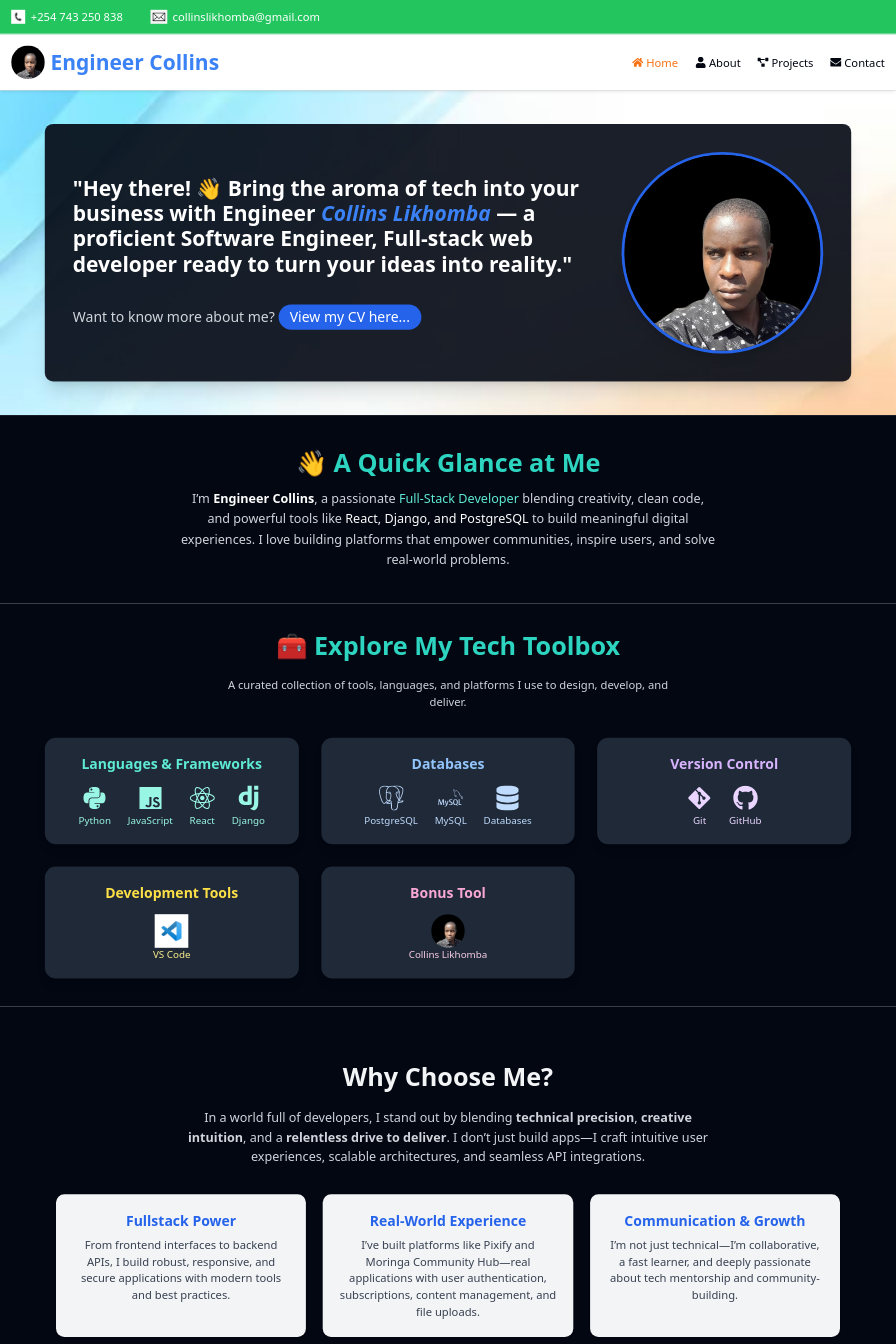
Repository: Engineer-collo/Portfolio
Page: /
The author's editor kept a copy of each file at every save. The page is drawn from the files as they stood at one save, then again after the next save.
The browser window is 1280 px wide. The pictures show the part of the page from y = 0 to 1920 px (the page is 2586 px tall), at 70% of full size.
The project was rebuilt for these pictures with package versions that can differ from the ones it lists, and the page was loaded fresh each time. Also part of the build but not shown: vite.config.js, src/pages/About.jsx, src/pages/Projects.jsx, src/pages/Contact.jsx, src/pages/Blog.jsx, src/pages/Skills.jsx.

Above is the page before, as saved 2025-06-10 20:00:57.

### index.html
<!DOCTYPE html>
<html lang="en">
<head>
  <meta charset="UTF-8">
  <meta name="viewport" content="width=device-width, initial-scale=1.0">
  <title>Portfolio</title>
</head>
<body class="bg-gray-100">
  <div id="root"></div>
  <script type="module" src="/src/main.jsx"></script>
</body>
</html>

### src/main.jsx
import React from 'react'
import ReactDOM from 'react-dom/client'
import './index.css'
import App from './App'

ReactDOM.createRoot(document.getElementById('root')).render(
  <React.StrictMode>
    <App />
  </React.StrictMode>,
)

### src/App.jsx
import { BrowserRouter as Router, Route, Routes } from "react-router-dom";
import HomePage from "./pages/HomePage";
import About from "./pages/About";
import Project from "./pages/Projects";
import Contact from "./pages/Contact";
import Blog from "./pages/Blog";
import Skills from "./pages/Skills";

function App() {
  return (
    <Router>

      <Routes>
        <Route path="/" element={<HomePage />} />
        <Route path="/about" element={<About />} />
        <Route path="/projects" element={<Project />} />
        <Route path="/contact" element={<Contact />} />
        <Route path="/skills" element={<Skills />} />
        <Route path="/blog" element={<Blog />} />


      </Routes>
    </Router>
  );
}

export default App;

### src/pages/HomePage.jsx
import React from 'react';
import Navbar from '../components/Navbar';
import Footer from './Footer';
import TechStackToolbox from './TechStackToolbox';
import Testimonials from './Testimonials';
import AboutMeSummary from './AboutMeSummary';

const HomePage = () => {
  return (
    <div className="text-gray-800 font-sans min-h-screen flex flex-col">
      {/* Navbar */}
      <header className="bg-gray-900 text-white shadow">
        <Navbar />
      </header>

      {/* Hero Section */}
      <section
        className="pt-12 pb-12 flex-grow flex justify-center items-center px-4
                   bg-[url('/bg.png')] bg-cover bg-center bg-no-repeat"
      >
        <div className="flex flex-col md:flex-row items-center
                        text-center md:text-left gap-10
                        bg-gray-950 bg-opacity-90 p-6 md:p-10 rounded-xl shadow-xl
                        max-w-6xl w-full">
          {/* Text Side */}
          <div className="flex-1">
            <h1 className="text-white font-bold text-3xl">
              "Hey there! 👋 Bring the aroma of tech into your business with Engineer{" "}
              <span>
                <i className="text-blue-500">Collins Likhomba</i>
              </span>{" "}
              — a proficient Software Engineer, Full-stack web developer ready to turn your ideas into reality."
            </h1>
            <p className="text-xl pt-6 text-gray-300">
              Want to know more about me?&nbsp;
              <a
                href="https://my-cv-henna-beta.vercel.app/"
                className="mt-4 inline-block bg-blue-600 text-white px-4 py-1 rounded-full hover:bg-blue-700 transition"
                target="_blank"
                rel="noopener noreferrer"
              >
                View my CV here...
              </a>
            </p>
          </div>

          {/* Image Side */}
          <div className="flex-shrink-0 w-52 h-52 sm:w-72 sm:h-72 rounded-full border-4 border-blue-600 shadow-lg overflow-hidden">
            <img
              src="/picture.png"
              alt="Profile"
              className="w-full h-full object-cover"
            />
          </div>
        </div>
      </section>

      <AboutMeSummary />
      <TechStackToolbox />

      {/* Why Choose Me Section */}
      <section className="bg-gray-950 py-20 px-6 md:px-20 text-center">
        <h2 className="text-4xl font-bold text-gray-100 mb-6">Why Choose Me?</h2>
        <p className="max-w-3xl mx-auto text-gray-300 text-lg mb-10">
          In a world full of developers, I stand out by blending{" "}
          <strong>technical precision</strong>, <strong>creative intuition</strong>, and a{" "}
          <strong>relentless drive to deliver</strong>. I don’t just build apps—I craft{" "}
          intuitive user experiences, scalable architectures, and seamless API integrations.
        </p>
        <div className="grid md:grid-cols-3 gap-6 max-w-6xl mx-auto">
          <div className="bg-gray-100 p-6 rounded-xl shadow hover:shadow-lg transition">
            <h3 className="text-xl font-semibold mb-2 text-blue-600">Fullstack Power</h3>
            <p className="text-gray-700">
              From frontend interfaces to backend APIs, I build robust, responsive, and secure applications
              with modern tools and best practices.
            </p>
          </div>
          <div className="bg-gray-100 p-6 rounded-xl shadow hover:shadow-lg transition">
            <h3 className="text-xl font-semibold mb-2 text-blue-600">Real-World Experience</h3>
            <p className="text-gray-700">
              I’ve built platforms like Pixify and Moringa Community Hub—real applications with user authentication,
              subscriptions, content management, and file uploads.
            </p>
          </div>
          <div className="bg-gray-100 p-6 rounded-xl shadow hover:shadow-lg transition">
            <h3 className="text-xl font-semibold mb-2 text-blue-600">Communication & Growth</h3>
            <p className="text-gray-700">
              I’m not just technical—I’m collaborative, a fast learner, and deeply passionate about tech mentorship
              and community-building.
            </p>
          </div>
        </div>
      </section>

      <Testimonials />

      {/* Footer */}
      <footer className="bg-gray-900 text-white text-center py-6 mt-auto">
        <Footer />
      </footer>
    </div>
  );
};

export default HomePage;

### src/components/Navbar.jsx
import React, { useState, useEffect } from 'react';
import { Link } from 'react-router-dom';
import { FaBars, FaTimes, FaUser, FaProjectDiagram, FaEnvelope, FaHome } from 'react-icons/fa';

const Navbar = () => {
  const [isOpen, setIsOpen] = useState(false);
  const toggleMenu = () => setIsOpen(!isOpen);

  useEffect(() => {
    document.body.style.overflow = isOpen ? 'hidden' : 'auto';
  }, [isOpen]);

  return (
    <header className="bg-white shadow-md relative z-50">
      {/* Top Contact Info */}
      <div className="bg-green-500 text-sm md:text-base py-3 px-4 flex flex-wrap items-center gap-4 md:gap-10 border-b border-gray-200">
        <div className="flex items-center gap-2">
          <img
            className="h-5 transition-transform duration-300 transform hover:scale-110"
            src="/call.png"
            alt="Call Icon"
          />
          <a
            target="_blank"
            rel="noopener noreferrer"
            href="tel:+254743250838"
            className="text-white hover:underline"
          >
            +254 743 250 838
          </a>
        </div>
        <div className="flex items-center gap-2">
          <img
            className="h-5 transition-transform duration-300 transform hover:scale-110"
            src="/email.png"
            alt="Email Icon"
          />
          <a
            target="_blank"
            rel="noopener noreferrer"
            href="mailto:collinslikhomba@gmail.com"
            className="text-white hover:underline"
          >
            collinslikhomba@gmail.com
          </a>
        </div>
      </div>

      {/* Main Navigation */}
      <div className="max-w-7xl mx-auto px-4 py-4 flex justify-between items-center">
        {/* Logo and Name */}
        <div className="flex items-center space-x-2">
          <img
            className="h-12 w-12 rounded-full object-cover transition-transform duration-300 transform hover:scale-110"
            src="picture.png"
            alt="Profile"
            loading="lazy"
          />
          <h1 className="text-2xl md:text-3xl font-bold text-gray-950">
            <Link to="/" className="hover:text-blue-500 transition">
              <span className="text-blue-500">Engineer Collins</span>
            </Link>
          </h1>
        </div>

        {/* Desktop nav */}
        <nav className="space-x-6 hidden md:flex text-gray-950 font-medium">
          <Link to="/" className="flex items-center gap-1 hover:text-blue-500 transition text-orange-500"><FaHome /> Home</Link>
          <Link to="/about" className="flex items-center gap-1 hover:text-blue-500 transition"><FaUser /> About</Link>
          <Link to="/projects" className="flex items-center gap-1 hover:text-blue-500 transition"><FaProjectDiagram /> Projects</Link>
          <Link to="/contact" className="flex items-center gap-1 hover:text-blue-500 transition"><FaEnvelope /> Contact</Link>
        </nav>

        {/* Mobile menu toggle */}
        <div className="md:hidden">
          <button onClick={toggleMenu} aria-label="Toggle menu" className="text-gray-950 focus:outline-none">
            {isOpen ? <FaTimes className="h-6 w-6" /> : <FaBars className="h-6 w-6" />}
          </button>
        </div>
      </div>

      {/* Mobile nav links */}
      {isOpen && (
        <div className="fixed top-0 left-0 h-screen w-3/4 bg-gray-950 z-50 shadow-lg px-6 py-8 md:hidden transition-all">
          <button onClick={toggleMenu} aria-label="Close menu" className="absolute top-4 right-4 text-white">
            <FaTimes className="h-6 w-6" />
          </button>
          <nav className="space-y-6 mt-10 text-white text-lg">
            <Link to="/" onClick={toggleMenu} className="flex items-center gap-2 hover:text-blue-500"><FaHome /> Home</Link>
            <Link to="/about" onClick={toggleMenu} className="flex items-center gap-2 hover:text-blue-500"><FaUser /> About</Link>
            <Link to="/projects" onClick={toggleMenu} className="flex items-center gap-2 hover:text-blue-500"><FaProjectDiagram /> Projects</Link>
            <Link to="/contact" onClick={toggleMenu} className="flex items-center gap-2 hover:text-blue-500"><FaEnvelope /> Contact</Link>
          </nav>
        </div>
      )}
    </header>
  );
};

export default Navbar;

### src/pages/Footer.jsx
import React from 'react';
import { FaGithub, FaLinkedin, FaTwitter, FaEnvelope } from 'react-icons/fa';

const Footer = () => {
  return (
    <footer className="bg-gray-900 text-gray-300 py-10">
      <div className="max-w-6xl mx-auto px-6 flex flex-col md:flex-row justify-between items-center space-y-6 md:space-y-0">

        {/* Logo or Name */}
        <div className="text-gray text-2xl font-bold tracking-wide">
          <strong><i>CollinsLikhomba</i></strong>
        </div>


        {/* Social Icons */}
        <div className="flex space-x-6 text-gray-400">
          <a
            href="https://github.com/Engineer-collo?tab=repositories"
            target="_blank"
            rel="noopener noreferrer"
            aria-label="GitHub"
            className="hover:text-white transition"
          >
            <FaGithub size={24} />
          </a>
          <a
            href="https://www.linkedin.com/in/collins-likhomba-7b364730a/"
            target="_blank"
            rel="noopener noreferrer"
            aria-label="LinkedIn"
            className="hover:text-blue-600 transition"
          >
            <FaLinkedin size={24} />
          </a>
          <a
            href="https://x.com/CollinsLikhomba"
            target="_blank"
            rel="noopener noreferrer"
            aria-label="Twitter"
            className="hover:text-blue-400 transition"
          >
            <FaTwitter size={24} />
          </a>
          <a
            href="mailto:collinslikhomba@gmail.com"
            aria-label="Email"
            className="hover:text-red-500 transition"
            target='_blank'
          >
            <FaEnvelope size={24} />
          </a>
        </div>
      </div>

      {/* Bottom copyright */}
      <div className="text-center text-gray-600 text-sm mt-8">
        &copy; {new Date().getFullYear()} Collins Likhomba. All rights reserved.
      </div>
    </footer>
  );
};

export default Footer;

### src/pages/Testimonials.jsx
export default function Testimonials() {
    const testimonials = [
      {
        name: "Christine M.",
        content: "Working with Collins was a game-changer! His expertise in React and backend integration is unmatched.",
        profile_pic: "https://randomuser.me/api/portraits/women/68.jpg",
      },
      {
        name: "Lesile K.",
        content: "Collins is a team player and a tech visionary. He delivered our project ahead of schedule with superb quality.",
        profile_pic: "https://randomuser.me/api/portraits/men/45.jpg",
      },
      {
        name: "Joy A.",
        content: "He doesn't just write code—he solves real problems. A true full-stack craftsman!",
        profile_pic: "https://randomuser.me/api/portraits/women/22.jpg",
      },
    ];

    return (
      <div className="bg-gray-950 text-white py-14 px-6 md:px-20">
        <h2 className="text-3xl md:text-4xl font-bold mb-10 text-center text-teal-400">
          💬 What People Are Saying
        </h2>

        <div className="grid grid-cols-1 md:grid-cols-2 lg:grid-cols-3 gap-8">
          {testimonials.map((testimonial, index) => (
            <div
              key={index}
              className="bg-gray-800 p-6 rounded-2xl shadow-lg hover:shadow-teal-500/30 transition transform hover:-translate-y-1 duration-300"
            >
              <div className="flex items-center gap-4 mb-4">
                <img
                  src={testimonial.profile_pic}
                  alt={testimonial.name}
                  className="w-14 h-14 rounded-full border-2 border-teal-400 object-cover"
                />
                <div>
                  <h4 className="text-lg font-semibold text-teal-300">{testimonial.name}</h4>
                </div>
              </div>
              <p className="text-gray-300 italic">"{testimonial.content}"</p>
            </div>
          ))}
        </div>
      </div>
    );
  }

### src/pages/AboutMeSummary.jsx
import React from 'react';

export default function AboutMeSummary() {
  return (
    <section className="bg-gray-950 text-white py-12 px-6 md:px-20 text-center">
      <div className="max-w-3xl mx-auto">
        <h2 className="text-3xl md:text-4xl font-bold text-teal-400 mb-4">
          👋 A Quick Glance at Me
        </h2>
        <p className="text-gray-300 text-lg leading-relaxed">
          I’m <span className="text-white font-semibold">Engineer Collins</span>, a passionate
          <span className="text-teal-300 font-medium"> Full-Stack Developer</span> blending creativity,
          clean code, and powerful tools like
          <span className="text-white font-medium"> React, Django, and PostgreSQL</span> to build
          meaningful digital experiences. I love building platforms that empower communities, inspire users,
          and solve real-world problems.
        </p>
      </div>
    </section>
  );
}

Loaded but not shown: src/index.css (common file); tailwind.config.js (common file); src/pages/TechStackToolbox.jsx (121 lines, source omitted)

After the next save:
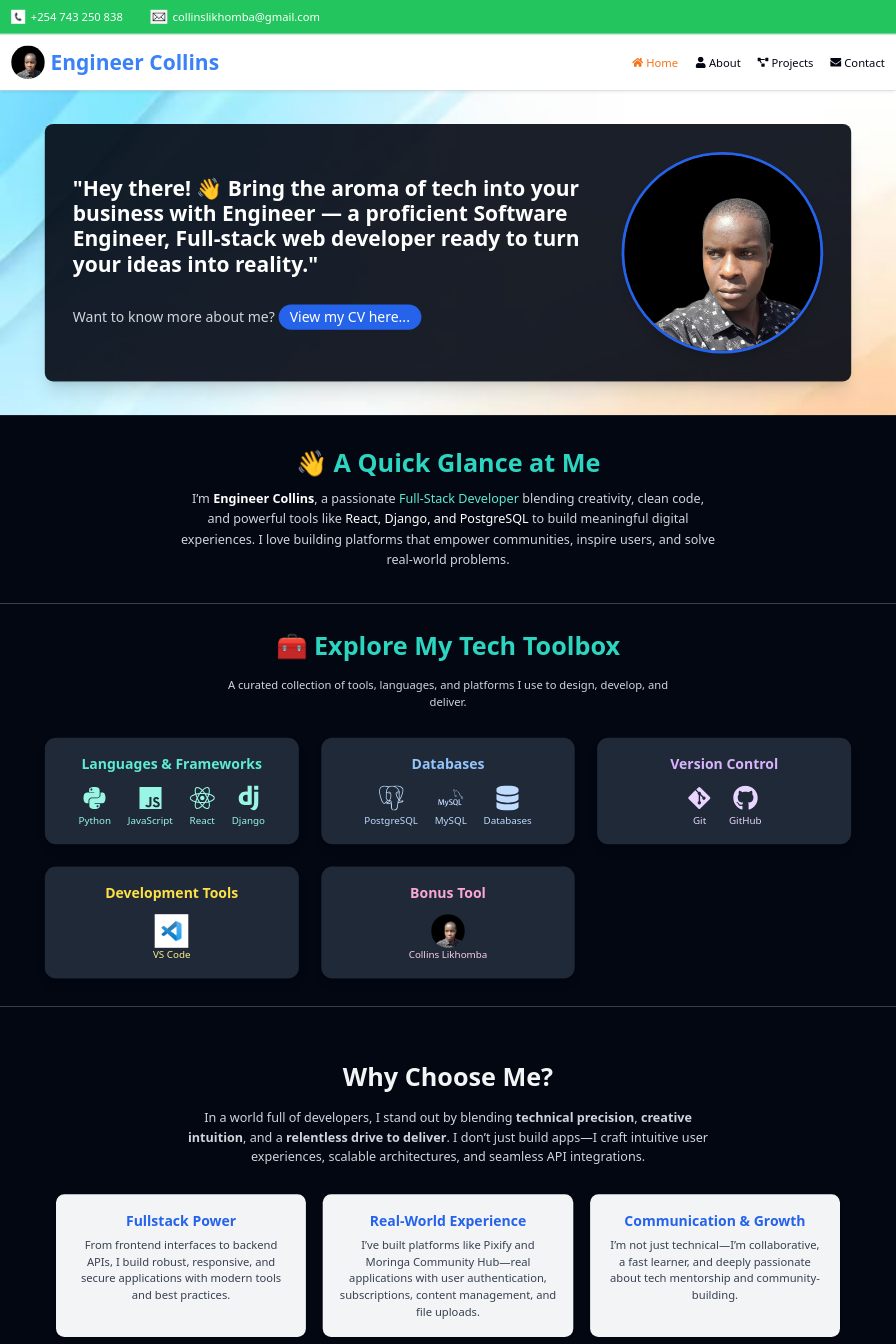
Saved 32 s later.
--- a/src/pages/HomePage.jsx
+++ b/src/pages/HomePage.jsx
@@ -27,7 +27,7 @@
             <h1 className="text-white font-bold text-3xl">
               "Hey there! 👋 Bring the aroma of tech into your business with Engineer{" "}
               <span>
-                <i className="text-blue-500">Collins Likhomba</i>
+                <i className="text-blue-500"></i>
               </span>{" "}
               — a proficient Software Engineer, Full-stack web developer ready to turn your ideas into reality."
             </h1>

After the 3 saves that followed:
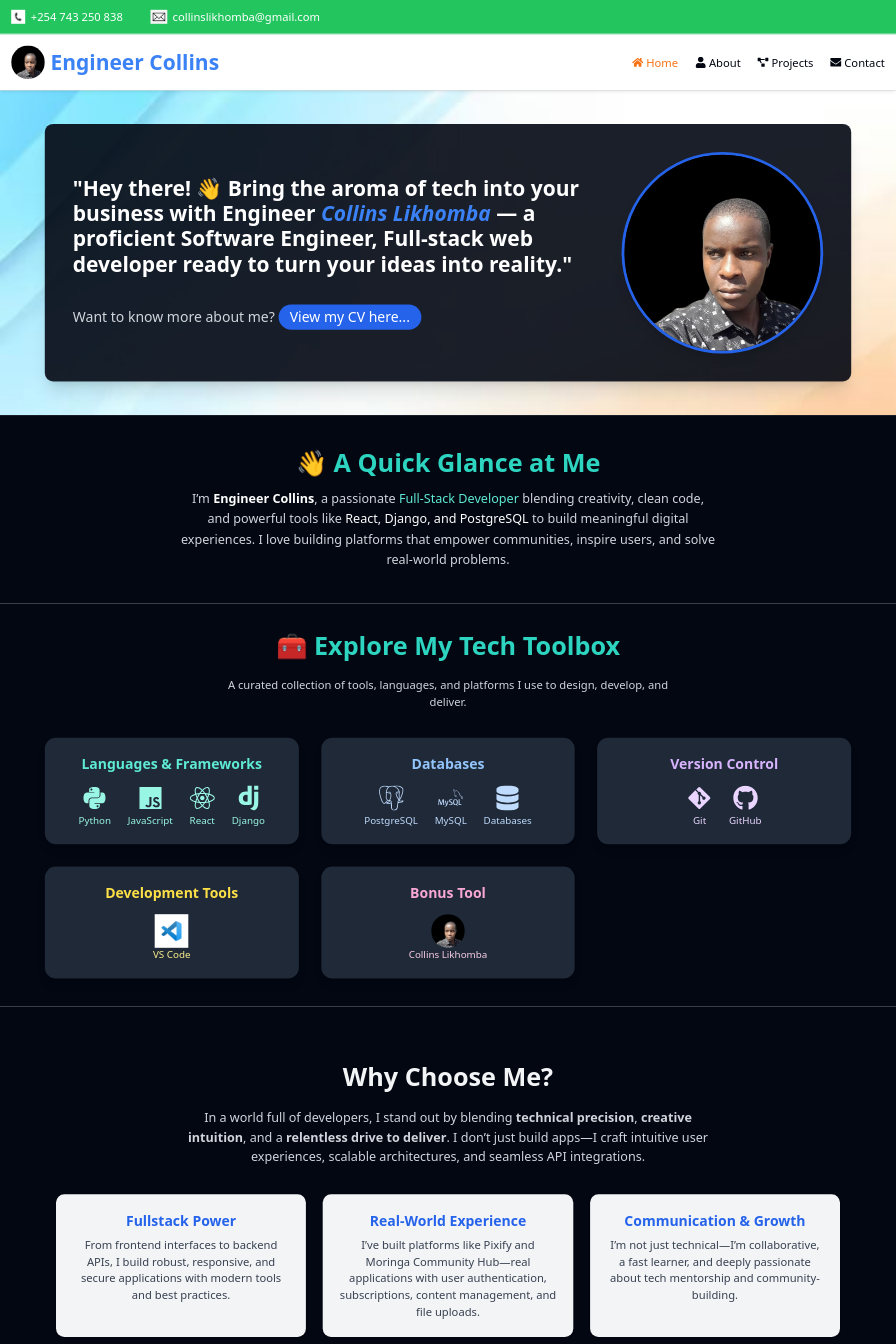
The 3 saves are shown as one change because they came seconds apart.
The last was saved 21 s later.
--- a/src/pages/HomePage.jsx
+++ b/src/pages/HomePage.jsx
@@ -27,7 +27,7 @@
             <h1 className="text-white font-bold text-3xl">
               "Hey there! 👋 Bring the aroma of tech into your business with Engineer{" "}
               <span>
-                <i className="text-blue-500"></i>
+                <i className="text-blue-500"><strong>Collins Likhomba</strong></i>
               </span>{" "}
               — a proficient Software Engineer, Full-stack web developer ready to turn your ideas into reality."
             </h1>
